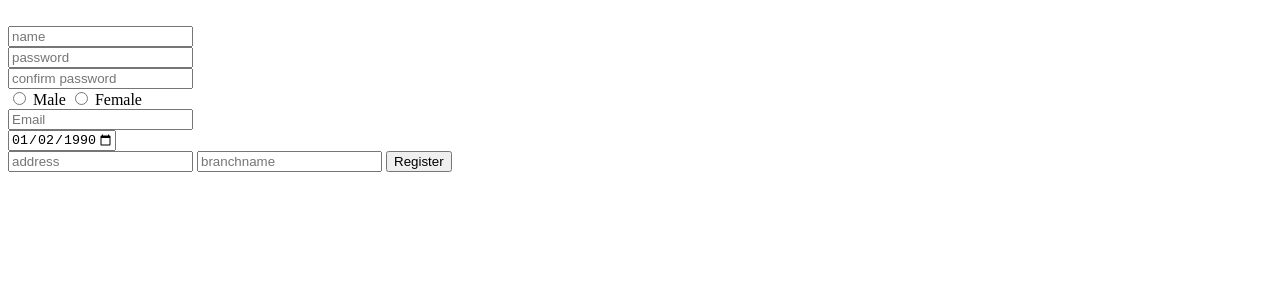
Repository: anujs099/bankingapp
Page: banking-application-final/WebContent/Register.html
An editor plug-in stored every save of this project. The page is shown before and after the next save, followed by the edit.
The browser window is 1280 px wide. The pictures show the whole page.

Above is the page before, as saved 2021-03-04 11:55:56.

After the next save:
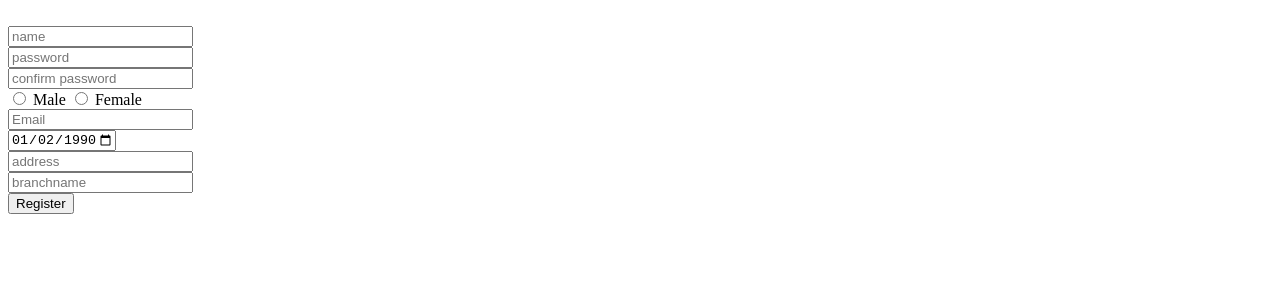
Saved 18 s later.
--- a/banking-application-final/WebContent/Register.html
+++ b/banking-application-final/WebContent/Register.html
@@ -22,8 +22,8 @@
 </div>
 <input type="email" placeholder="Email"><br>
 <input type="date" min="1990-01-01" max="2030-02-08" value="1990-01-02"><br>
-<input type="text" placeholder="address">
-<input type="text" placeholder="branchname">
+<input type="text" placeholder="address"><br>
+<input type="text" placeholder="branchname"><br>
 <input type="submit" value="Register"><br>
 </Form>
 </div>
